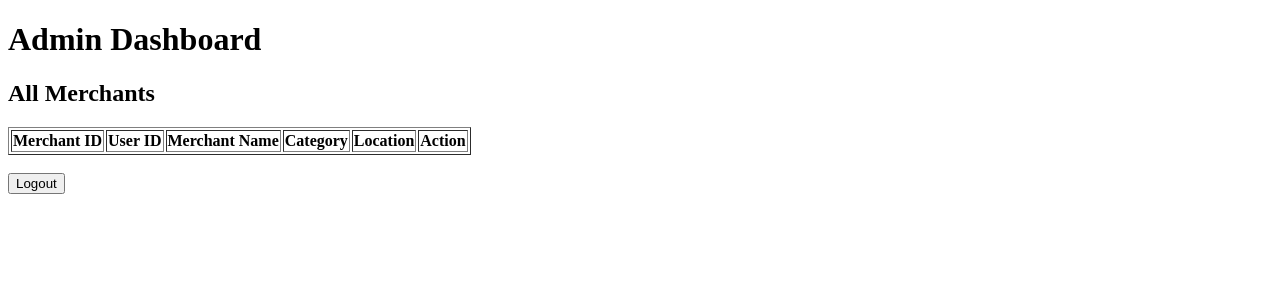
Repository: anusha-muthu/Credit-card-management
Page: Merchant/src/main/resources/static/admin_home.html
An editor plug-in stored every save of this project. The page is shown before and after the next save, followed by the edit.
The browser window is 1280 px wide. The pictures show the whole page.
The page's requests for data from a server got no answer.

Above is the page before, as saved 2026-09-27 11:25:43.

After the next save:
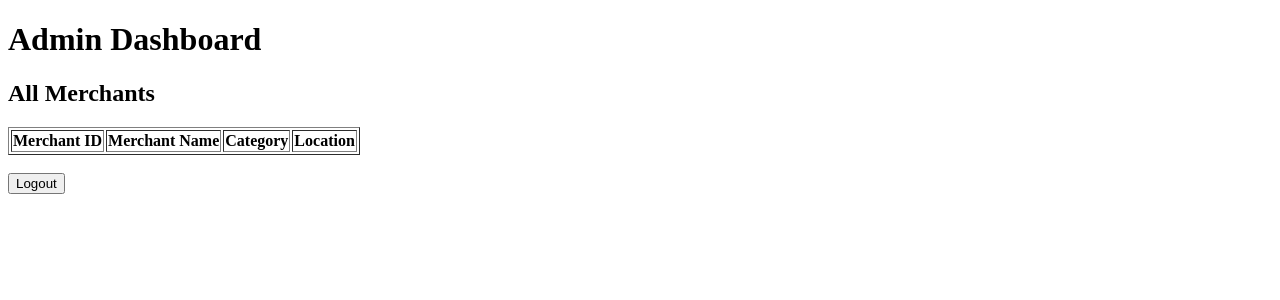
Saved 67 s later.
--- a/Merchant/src/main/resources/static/admin_home.html
+++ b/Merchant/src/main/resources/static/admin_home.html
@@ -22,11 +22,10 @@
         <tr>
 
             <th>Merchant ID</th>
-            <th>User ID</th>
             <th>Merchant Name</th>
             <th>Category</th>
             <th>Location</th>
-            <th>Action</th>
+           <!-- <th>Action</th>-->
 
         </tr>
 
